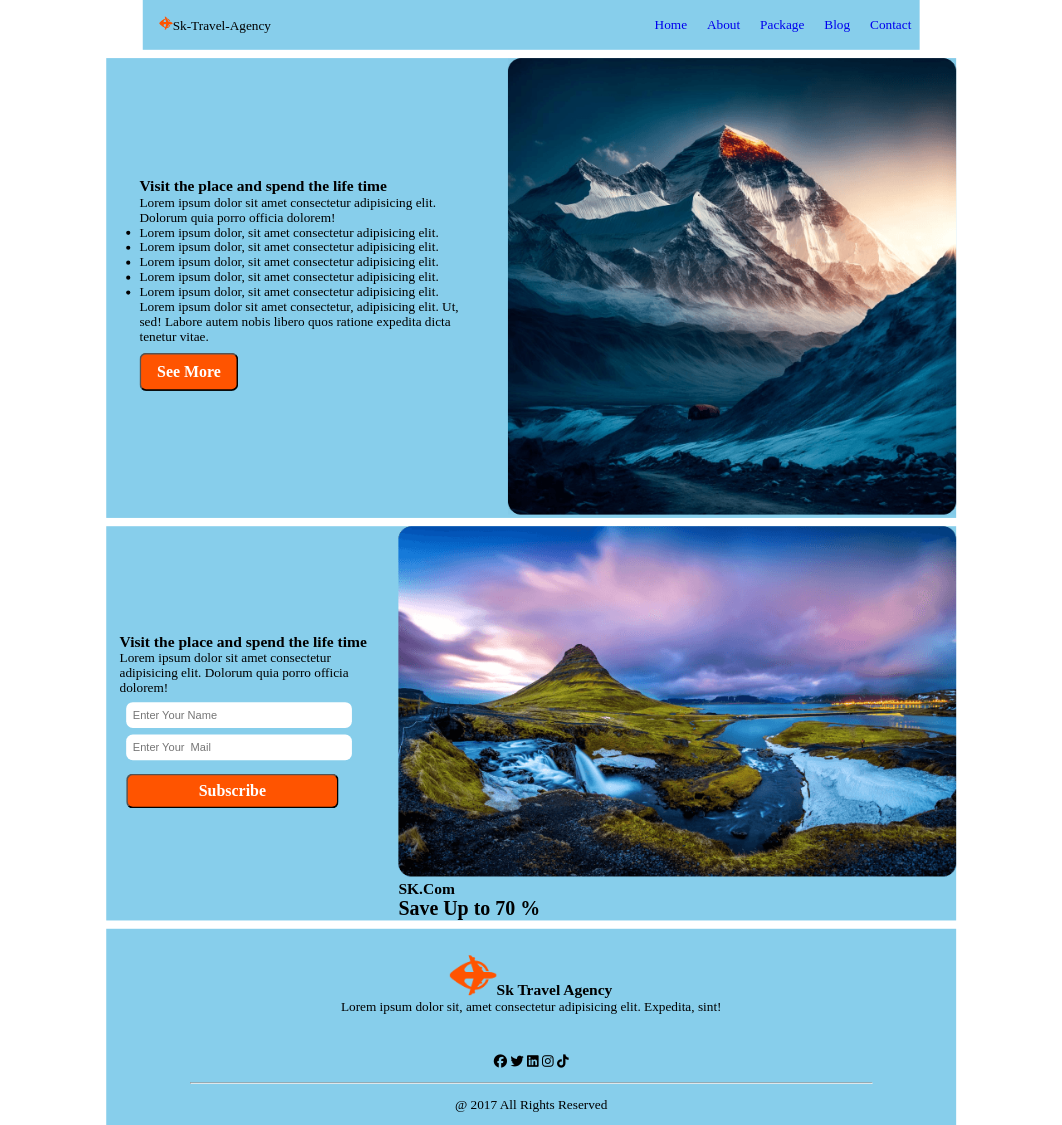
Repository: sumonkumarsarkar/Sk-Travel-Agency-
Page: index.html
These files come from the project's save history. The page is drawn as it stood at one moment and after the next save; the edit follows.
The browser window is 1280 px wide. The pictures show the whole page, at 83% of full size.

Above is the page before, as saved 2024-01-17 06:11:32.

### index.html
<!DOCTYPE html>
<html lang="en">
<head>
    <meta charset="UTF-8">
    <meta name="viewport" content="width=device-width, initial-scale=1.0">
    <title>Sk-Travel-Agency</title>
    <link rel="stylesheet" href="./style.css">

    <link rel="stylesheet" href="https://cdnjs.cloudflare.com/ajax/libs/font-awesome/6.5.1/css/all.min.css" integrity="sha512-DTOQO9RWCH3ppGqcWaEA1BIZOC6xxalwEsw9c2QQeAIftl+Vegovlnee1c9QX4TctnWMn13TZye+giMm8e2LwA==" crossorigin="anonymous" referrerpolicy="no-referrer" />
</head>
<body>
    <header>
         <div class="container">
            <nav>
                <div class="icon-header">
                    <p> <span><img src="./Images/Group 40071 (2).png" alt=""></span>Sk-Travel-Agency</p>
                </div>
                <div class="menu-header">
                    <ul>
                        <li><a href="#">Home</a></li>
                        <li><a href="#">About</a></li>
                        <li><a href="#">Package</a></li>
                        <li><a href="#">Blog</a></li>
                        <li><a href="#">Contact</a></li>
                    </ul>
                </div>
            </nav>
         </div>


<!-- <section>
    <div class="banner-section">
       <div class="banner-text">
        <h2>Our Service</h2>
        <p>Lorem ipsum dolor sit amet consectetur adipisicing elit. Placeat in, ex esse distinctio veritatis error?</p>
       </div>
       <div class="banner-button">
        <button type="button">Where Go</button>
        <button type="button">Where Go <span><i class="fa-regular fa-angle-down"></i></span></button>
        <button type="button">Select Type <span><i class="fa-regular fa-angle-down"></i></span></button>
        <button type="button"> <span><i class="fa-solid fa-magnifying-glass"></i></span>Find Now</button>
       </div>
    </div>
</section> -->
    </header>



    <main>

        <!-- place part start  -->

<div class="container">
    <div class="container-item">
        <div class="text-item">
         <h3>Visit the place and spend the life time</h3>
         <p>Lorem ipsum dolor sit amet consectetur adipisicing elit. Dolorum quia porro officia dolorem!</p>
         <ul>
            <li><p>Lorem ipsum dolor, sit amet consectetur adipisicing elit.</p></li>
            <li><p>Lorem ipsum dolor, sit amet consectetur adipisicing elit.</p></li>
            <li><p>Lorem ipsum dolor, sit amet consectetur adipisicing elit.</p></li>
            <li><p>Lorem ipsum dolor, sit amet consectetur adipisicing elit.</p></li>
            <li><p>Lorem ipsum dolor, sit amet consectetur adipisicing elit.</p></li>
         </ul>
         <p>Lorem ipsum dolor sit amet consectetur, adipisicing elit. Ut, sed! Labore autem nobis libero quos ratione expedita dicta tenetur vitae.</p>
         <button type="button">See More</button>
        </div>
        <div class="container-img-item">
            <img src="./Images/Rectangle 4.png" alt="">
        </div>
    </div>
</div>


 <!-- place part end  -->


 <div class="container">
    <div class="container-item">
        <div class="text-form">
         <h3>Visit the place and spend the life time</h3>
         <p>Lorem ipsum dolor sit amet consectetur adipisicing elit. Dolorum quia porro officia dolorem!</p>

         <form>
            <input type="text" placeholder="Enter Your Name">
            <input type="text" placeholder="Enter Your  Mail">
         </form>
         <button type="button">Subscribe</button>
        </div>
        <div class="container-img-item">
            <img src="./Images/Rectangle 8 (1).png" alt="">
            <h3>SK.Com</h3>
            <h2>Save Up to 70 %</h2>
        </div>
    </div>
</div>



<!-- form part start  -->




<!-- form part end  -->


    </main>









        <footer>
            <div class="container">

                    <div class="nornal-text">
                           <h3> <span><img src="./Images/Group 40071 (2).png" alt=""></span>Sk Travel Agency</h3>
                            <p>Lorem ipsum dolor sit, amet consectetur adipisicing elit. Expedita, sint!</p>
                    </div>

                <div class="icon-img">
                    <i class="fa-brands fa-facebook"></i>
                    <i class="fa-brands fa-twitter"></i>
                    <i class="fa-brands fa-linkedin"></i>
                    <i class="fa-brands fa-instagram"></i>
                    <i class="fa-brands fa-tiktok"></i>
                </div>

                <hr>

               <div class="last-text">
                 <p>@ 2017 All Rights Reserved</p>

               </div>


         </footer>





</body>
</html>

### style.css
*{
    margin: 0;
    padding: 0;
}



 /* main place part start  */
.container-item{
    display: flex;
    justify-content:space-around;
    align-items: center;
    margin: 10px auto;
}
.container-item .text-item{
    padding: 40px;
}

button{
color: #FFF;
text-align: center;
font-family: Mulish;
font-size: 1.2rem;
font-style: normal;
font-weight: 800;
padding: .6rem 1.2rem;
border-radius:.5rem;
background: #FF5400;
margin: 10px auto;

}



/* form part start  */

.text-form  form input{
    display: block;
    padding:.5rem;
    width: 80%;
    margin:.5rem;
    border: none;
    border-radius: .5rem;
}
.text-form{

    padding:.5rem;
    width: 80%;
    margin:.5rem;
}
.text-form button{

    padding:.5rem;
    width: 80%;
    margin:.5rem;
}



/* form part end  */




 /* main place part end */

/* header menu bar start  */

header{
    max-width: 1170px;
    background:#FFF;
    margin: 0 auto;

}
nav{
    display: flex;
    justify-content: space-between;
    align-items: center;
}
.icon-header{
    align-items: center;
    padding:20px;
}
.icon-header img{
    width: 1rem;
    height: 1rem;
}
.menu-header ul{
    list-style: none;

}
.menu-header ul li{
   display: inline-block;
   padding: 10px 10px;

}
.menu-header ul li a{
    text-decoration: none;
}

.banner-section{
    background-image: url("./Images/Group 13 (1) (1).png");

}
.banner-section{

    padding: 200px 200px;


}

/* header menu bar end  */


/* footer section start  */
.container{
 background: skyblue;
 margin: 10px auto;
}
.container .nornal-text{
text-align: center;
padding: 2rem 2rem;


}.container .icon-img{
text-align: center;
padding: 1rem 2rem;


}
.container .last-text{
text-align: center;
padding: 1rem 2rem;


}
.container, hr{

width: 80%;
margin: 0 auto;


}



/* footer section end  */

After the next save:
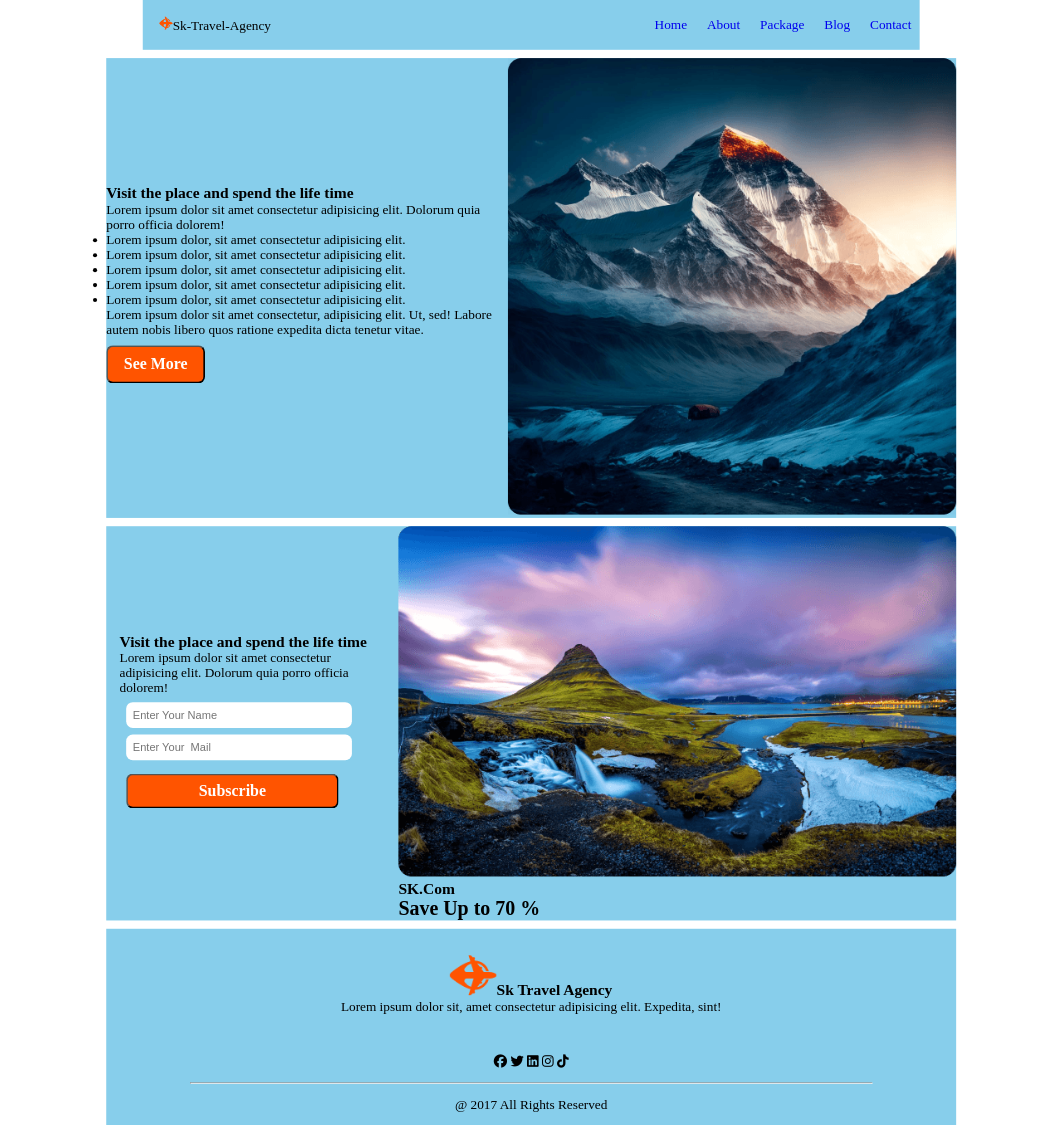
Saved 41 s later.
--- a/style.css
+++ b/style.css
@@ -13,7 +13,7 @@
     margin: 10px auto;
 }
 .container-item .text-item{
-    padding: 40px;
+
 }
 
 button{

After the save that followed:
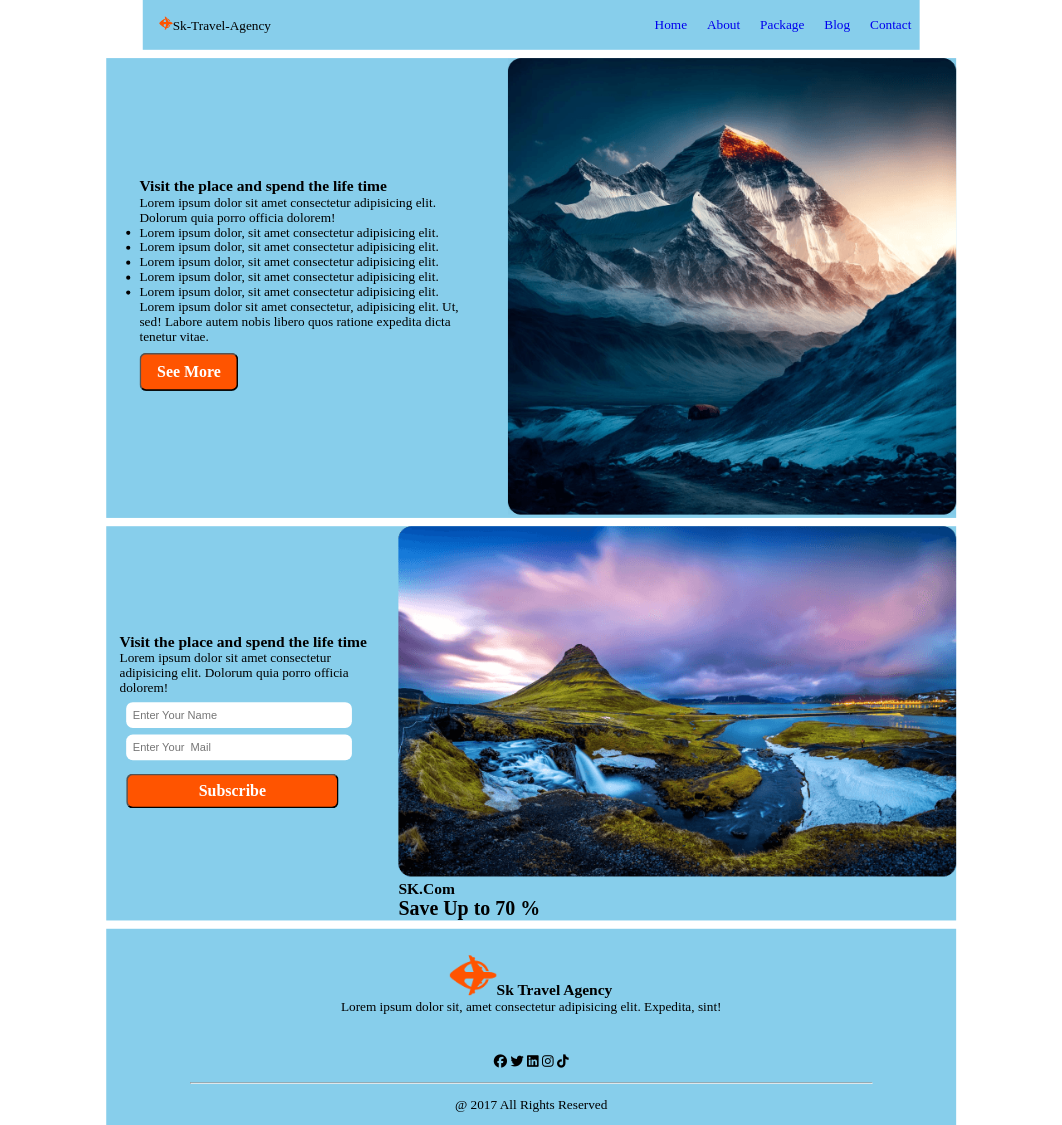
Saved 24 s later.
--- a/style.css
+++ b/style.css
@@ -12,8 +12,9 @@
     align-items: center;
     margin: 10px auto;
 }
+
 .container-item .text-item{
-
+    padding: 40px;
 }
 
 button{
